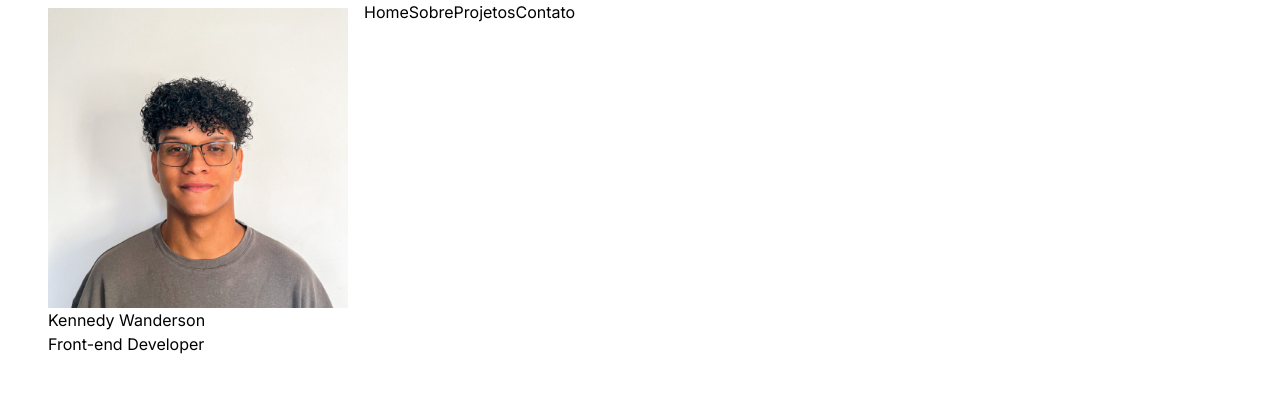
Repository: KennedyWanderson/landing
Page: /
These files come from the project's save history. The page is drawn as it stood at one moment and after the next save; the edit follows.
The browser window is 1280 px wide. The pictures show the whole page.
The project was rebuilt for these pictures with package versions that can differ from the ones it lists, and the page was loaded fresh each time. The framework's server and built-in components were replaced by stand-ins that run in the browser. Also part of the build but not shown: next.config.js.

Above is the page before, as saved 2024-01-03 15:43:14.

After the next save:
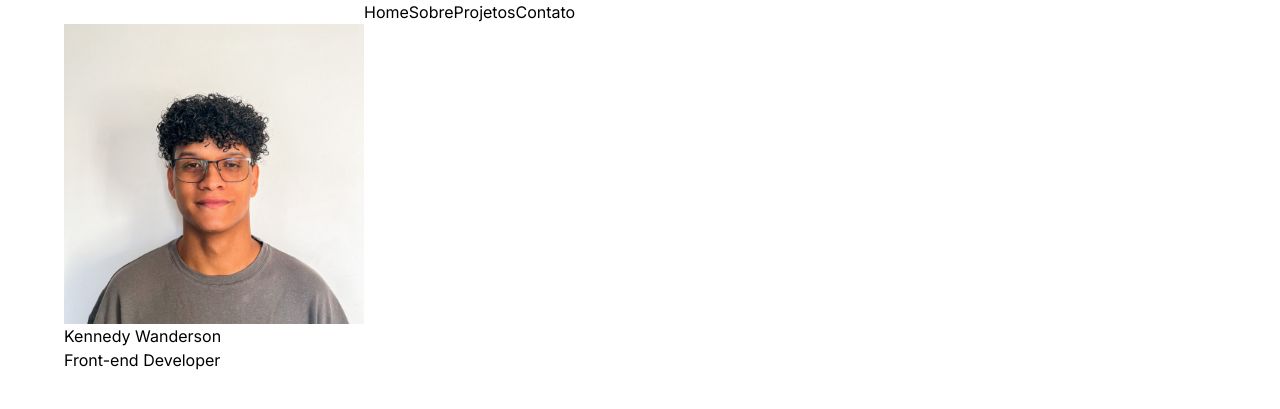
Saved 31 s later.
--- a/src/Components/Content.tsx
+++ b/src/Components/Content.tsx
@@ -1,4 +1,4 @@
-import { Container, Grid } from "@mui/material";
+import { Container } from "@mui/material";
 import Header from "./Header";
 import Image from "next/image";
 
@@ -6,16 +6,12 @@ export default function Content(){
     return(
         <Container>
             <Header />
-
-            <Grid container spacing={2}>
-                <div className="flex flex-col items-center p-5 shadow-md rounded-xl bg-gray-100">
-                    <div className="flex items-center tracking-wider space-x-6 ">
-                        <Image className="rounded-full" src="/me.jpeg" alt="" width={300} height={300} />
-                        <span className="italic font-bold text-2xl">Kennedy Wanderson <br></br> Front-end Developer</span>
-                    </div>
+            <div className="flex flex-col items-center p-5 shadow-md rounded-xl bg-gray-100">
+                <div className="flex items-center tracking-wider space-x-6 ">
+                    <Image className="rounded-full" src="/me.jpeg" alt="" width={300} height={300} />
+                    <span className="italic font-bold text-2xl">Kennedy Wanderson <br></br> Front-end Developer</span>
                 </div>
-            </Grid>
-
+            </div>
 
         </Container>
     )
